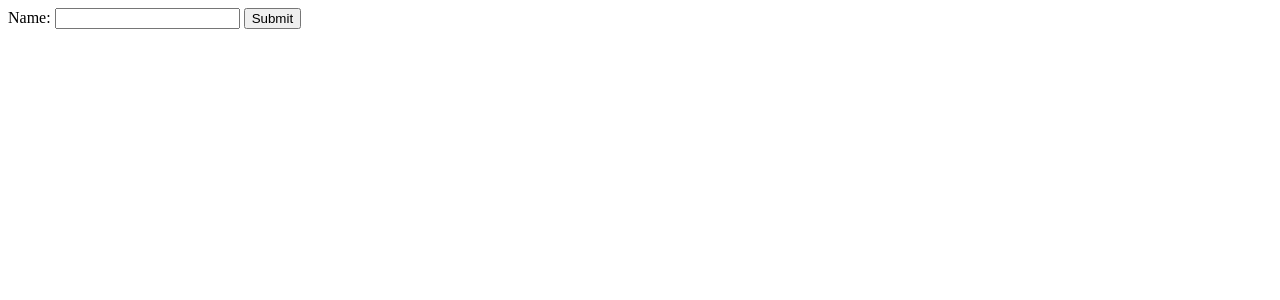
Repository: myoder020/Projects
Page: http://localhost/ControllerTest/
The author's editor kept a copy of each file at every save. The page is drawn from the files as they stood at one save, then again after the next save.
The browser window is 1280 px wide. The pictures show the whole page.
The page is served by Tomcat 9.

Above is the page before, as saved 2015-05-23 19:50:29.

After the next save:
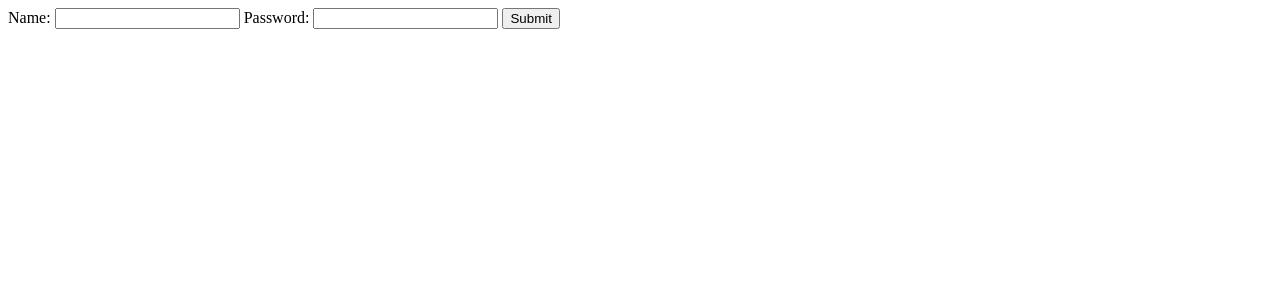
Saved 42 s later.
--- a/webDev/ControllerTest/WebContent/index.jsp
+++ b/webDev/ControllerTest/WebContent/index.jsp
@@ -10,6 +10,7 @@
 	<form action="MainController" method="post">
 
 		Name: <input type="text"/>
+		Password: <input type="password"/>
 		<button type="submit">Submit</button>
 
 	</form>
